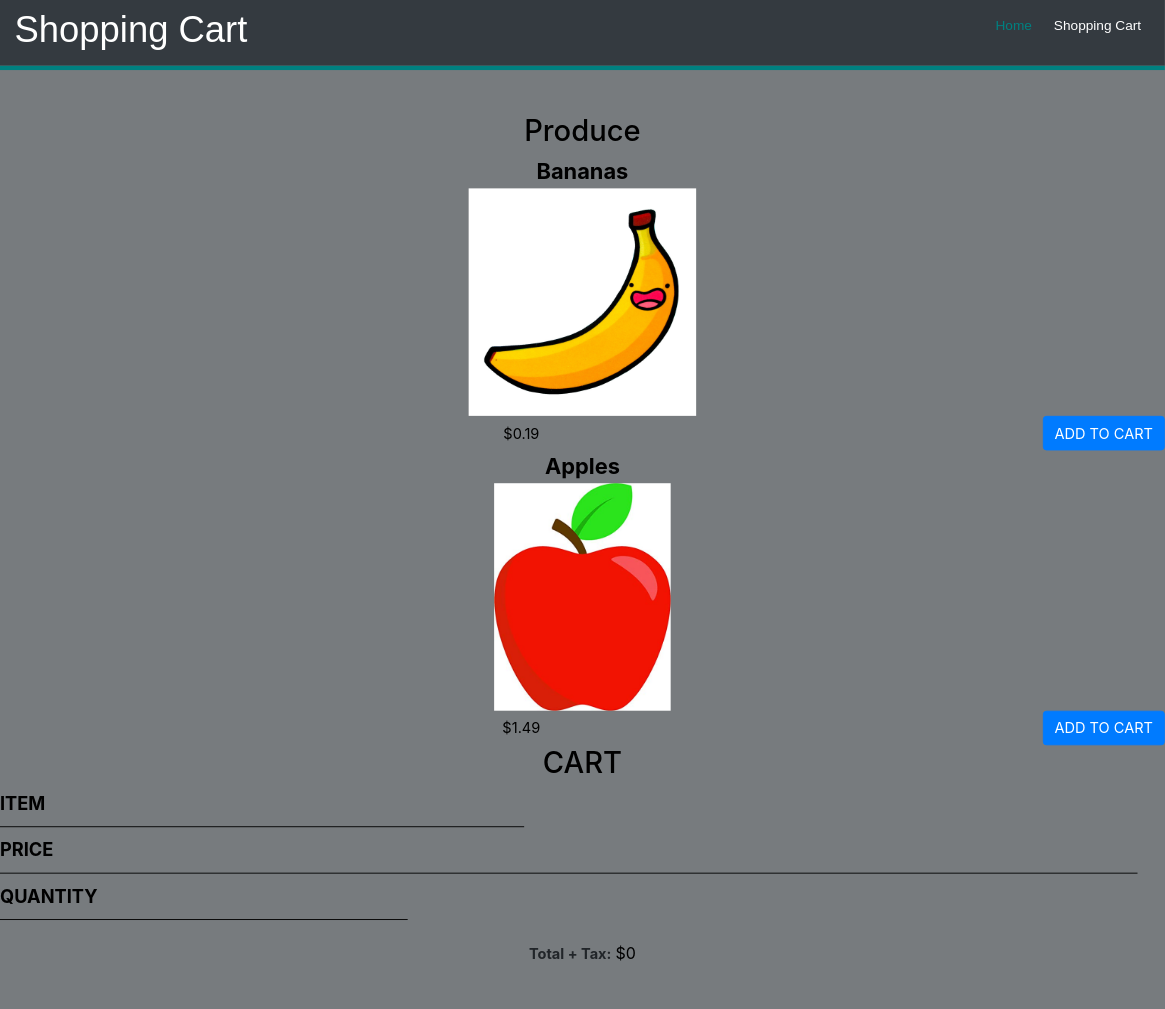
Repository: ElijahHallera/336-Internet-Prog
Page: cst336_s2020Assignment2-master/cst336_s2020Assignment2-master/shoppingcart.html
The author's editor kept a record of every edit. The page is drawn from the files as they stood at one moment, then again after the next edit.
The browser window is 1280 px wide. The pictures show the whole page, at 91% of full size.

Above is the page before.

### cst336_s2020Assignment2-master/cst336_s2020Assignment2-master/shoppingcart.html
<!DOCTYPE html>
<html>
    <head>
        <meta charset = "utf-8">
        <title>Project 2</title>
        <link href="https://stackpath.bootstrapcdn.com/bootstrap/4.4.1/css/bootstrap.min.css"
        rel="stylesheet"
        integrity="sha384-Vkoo8x4CGsO3+Hhxv8T/Q5PaXtkKtu6ug5TOeNV6gBiFeWPGFN9MuhOf23Q9Ifjh"
        crossorigin="anonymous">
        <link href="https://fonts.googleapis.com/css?family=Raleway&display=swap" rel="stylesheet">
        <script src="https://ajax.aspnetcdn.com/ajax/jQuery/jquery-3.4.1.min.js"></script>
        <script src = "https://cdnjs.cloudflare.com/ajax/libs/underscore.js/1.9.1/underscore-min.js"></script>
        <link href = "css/app.css" rel = "stylesheet" type = "text/css">
        <script src = "js/javascript.js" async></script>
    </head>

    <body class = "text-center">
        <header id = "shoppingHEADER">
            <nav class="navbar navbar-dark bg-dark">
              <h1> Shopping Cart </h1>
                    <ul>
                        <li> <a href = "index.html" class = "shoppingA"> Home </a> </li>
                        <li> <a href = "shoppingcart.html" id = "currentPage" class = "shoppingA"> Shopping Cart </a> </li>
                    </ul>
            </nav>
        </header>
		</br>
		</br>

        <section>
            <h2>Produce</h2>
            <div class="shop-items">
            <div>
                <span class="title">Bananas</span>
                <img class="food_image" src="images/banana-sticker.jpg">
                <div class="details">
                    <span class="shop_price">$0.19</span>
                    <button class="btn btn-primary shop_button" type="button">ADD TO CART</button>
            </div>

            </div>
            <div>
                <span class="title">Apples</span>
                <img class="food_image" src="images/Apple.jpg">
                <div class="details">
                    <span class="shop_price">$1.49</span>
                    <button class="btn btn-primary shop_button" type="button">ADD TO CART</button>
                </div>
            </div>
            </div>
        </section>

        <section>
            <h2>CART</h2>
            <div class="cart-row">
                <span class="cart-item cart-header cart-column">ITEM</span>
                <span class="cart-price cart-header cart-column">PRICE</span>
                <span class="cart-quantity cart-header cart-column">QUANTITY</span>
            </div>
            <div class="cart-items">
            </div>
            </br>
            <div class="cart-total">
                <strong class="cart-total-title">Total + Tax:</strong>
                <span class="cart-total-price">$0</span>
            </div>
            </br>
            </br>
        </section>

    </body>
</html>

### cst336_s2020Assignment2-master/cst336_s2020Assignment2-master/css/app.css
body{
    background-color: #777B7E;
}

h2{
    color: black;
}

h5{
    font-family: "Montserrat", sans-serif;
    color: black;
    font-size: 50px;
}

p{
    font-family: "Montserrat", sans-serif;
    font-size: 20px;
    color: black;
}

header {
    color: white;
    font-family: "Montserrat", sans-serif;
    font-size: 15px;
    justify-content: space-between;
    align-items: center;
    border-bottom: 5px solid #86C232;
}

nav li:hover{ /*pseudo class*/
    font-size: 1.10em;
    transition: .9s; /* transition effect */
}

li {
    list-style: none; /*gets rid of bullet points*/
    display: inline-block; /* allows me to get horizontal tabs */
    padding-left: 10px;
    padding-right: 10px;
}

a { /* links within "nav" container */
    font-size: 1em;
    color: #86C232; /* by default, links are blue */
    border-radius: 15px;
    justify-content: space-between;
}

.shoppingA{
    font-size: 1em;
    color: teal; /* by default, links are blue */
    border-radius: 15px;
    justify-content: space-between;
}

.homeA{
    font-size: 1em;
    color: red; /* by default, links are blue */
    border-radius: 15px;
    justify-content: space-between;
}

.flex-container {
	display: flex;
	flex-wrap: wrap;
	flex-direction: row;
	justify-content: center;
}

.flex-item {
	width: 25%;
	margin: 10px;
}

.flex-item > img {
	width: 50%;
}

.shop-item {
    margin: 30px;
}

.title {
    display: block;
    width: 100%;
    text-align: center;
    font-weight: bold;
    font-size: 1.5em;
    color: black;
}

.food_image { /* makes each image the same height */
    height: 250px;
}

.details {
    display: flex;
    align-items: center;
}

.shop_price { /* makes price black */
    flex-grow: 1;
    color: black;
}

.items { /* puts the items next to eachother */
    display: flex;
    flex-wrap: wrap;
    justify-content: space-around;
}

.cart-header {
    font-weight: bold;
    font-size: 1.25em;
    color: black;
}

.cart-column {
    display: flex;
    align-items: center;
    border-bottom: 1px solid black;
    margin-right: 1.5em;
    padding-bottom: 10px;
    margin-top: 10px;
}

.list { /* puts the items in a column */
    display: flex;
}

.cart-item {
    width: 45%;
}

.cart-quantity {
    width: 35%;
}

.cart-item-image { /*makes image smaller in cart */
    width: 75px;
    height: auto;
    border-radius: 10px;
}

.cart-total-price { /* makes the price black and increase size a bit */
    color: black;
    font-size: 1.1em;
}

#quantity{
    display: flex;
	flex-direction: row;
	align-items: center;
	justify-content: space-between;
}

#currentPage {
    font-size: 1em;
    text-decoration: none; /* removes underline */
    color: white; /* by default, links are blue */
}


#shoppingHEADER{
    color: white;
    font-family: "Montserrat", sans-serif;
    font-size: 15px;
    justify-content: space-between;
    align-items: center;
    border-bottom: 5px solid teal;
}

#homeHEADER{
    color: white;
    font-family: "Montserrat", sans-serif;
    font-size: 15px;
    justify-content: space-between;
    align-items: center;
    border-bottom: 5px solid red;
}

### cst336_s2020Assignment2-master/cst336_s2020Assignment2-master/js/javascript.js
$("#banana-fact").on('click', function(){
	$(this).html("A green banana has very high starch content – as the fruit yellows, this starch turns into sugars.");
	$(this).css("background-color", "yellow");
	$(this).css("color", "black");
});

$("#apple-fact").on('click', function(){
	$(this).html(" If you’ve ever wondered why apples float it’s because they’re 25 percent air, giving us the ability to bob for apples in a barrel of water.");
	$(this).css("background-color", "red");
});


if (document.readyState == 'loading') {
    document.addEventListener('DOMContentLoaded', ready);
} else {
    ready();
}

function ready() {
    var Inputs = document.getElementsByClassName('cart-input');
    for (var i = 0; i < Inputs.length; i++) {
        var input = Inputs[i];
        input.addEventListener('change', Changed);
    }

    var addToCart = document.getElementsByClassName('shop_button');
    for (var i = 0; i < addToCart.length; i++) {
        var button = addToCart[i];
        button.addEventListener('click', Clicked);
    }
}

function Changed(event) {
    var input = event.target;
    if (isNaN(input.value) || input.value <= -1) {
        input.value = 1;
    }
    update();
}

function Clicked(event) {
    var button = event.target;
    var shopItem = button.parentElement.parentElement;
    var title = shopItem.getElementsByClassName('title')[0].innerText;
    var price = shopItem.getElementsByClassName('shop_price')[0].innerText;
    var imageSrc = shopItem.getElementsByClassName('food_image')[0].src;
    addCart(title, price, imageSrc);
    update();
}

function addCart(title, price, imageSrc) {
    var cartRow = document.createElement('div');
    cartRow.classList.add('list');
    var cartItems = document.getElementsByClassName('cart-items')[0];
    var Items = cartItems.getElementsByClassName('item-title');
    for (var i = 0; i < Items.length; i++) {
        if (Items[i].innerText == title) {
            alert('This item is already added to the cart');
            return;
        }
    }

    var cartContents = ` <div class="cart-item cart-column"> <img class="item-image" src="${imageSrc}" width="100" height="100">
                         <span class="item-title">${title}</span></div> <span class="cart-price cart-column">${price}</span>
                         <div class="cart-quantity cart-column"> <input class="cart-input" type="number" value="1"></div>`;
    cartRow.innerHTML = cartContents;
    cartItems.append(cartRow);
    cartRow.getElementsByClassName('cart-input')[0].addEventListener('change', Changed);
}

function update() {
    var cartItemContainer = document.getElementsByClassName('cart-items')[0];
    var cartRows = cartItemContainer.getElementsByClassName('list');
    var total = 0;
    for (var i = 0; i < cartRows.length; i++) {
        var cartRow = cartRows[i];
        var priceElement = cartRow.getElementsByClassName('cart-price')[0];
        var quantityElement = cartRow.getElementsByClassName('cart-input')[0];
        var price = parseFloat(priceElement.innerText.replace('$', ''));
        var quantity = quantityElement.value;
        total = total + ((price * quantity) + ((price * quantity) *.0875));
    }
    total = Math.round(total * 100) / 100;
    document.getElementsByClassName('total-price')[0].innerText = '$' + total;
}

After the next edit:
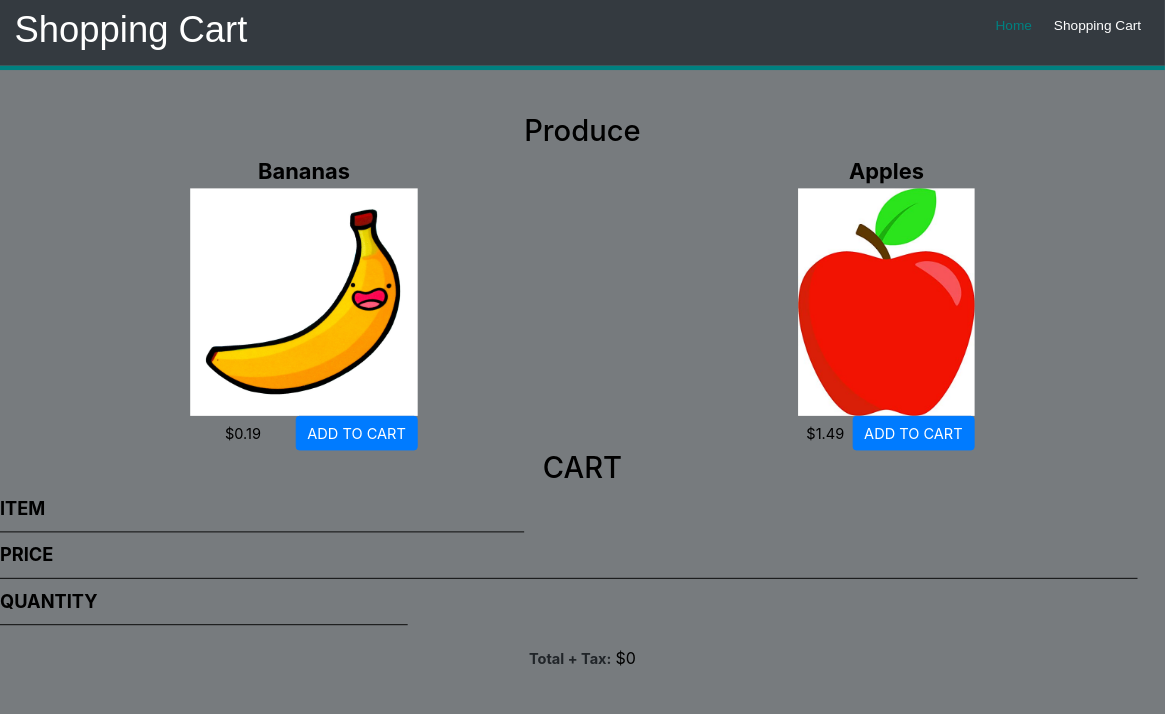
The edit:
--- a/cst336_s2020Assignment2-master/cst336_s2020Assignment2-master/shoppingcart.html
+++ b/cst336_s2020Assignment2-master/cst336_s2020Assignment2-master/shoppingcart.html
@@ -29,7 +29,7 @@
 
         <section>
             <h2>Produce</h2>
-            <div class="shop-items">
+            <div class="items">
             <div>
                 <span class="title">Bananas</span>
                 <img class="food_image" src="images/banana-sticker.jpg">
